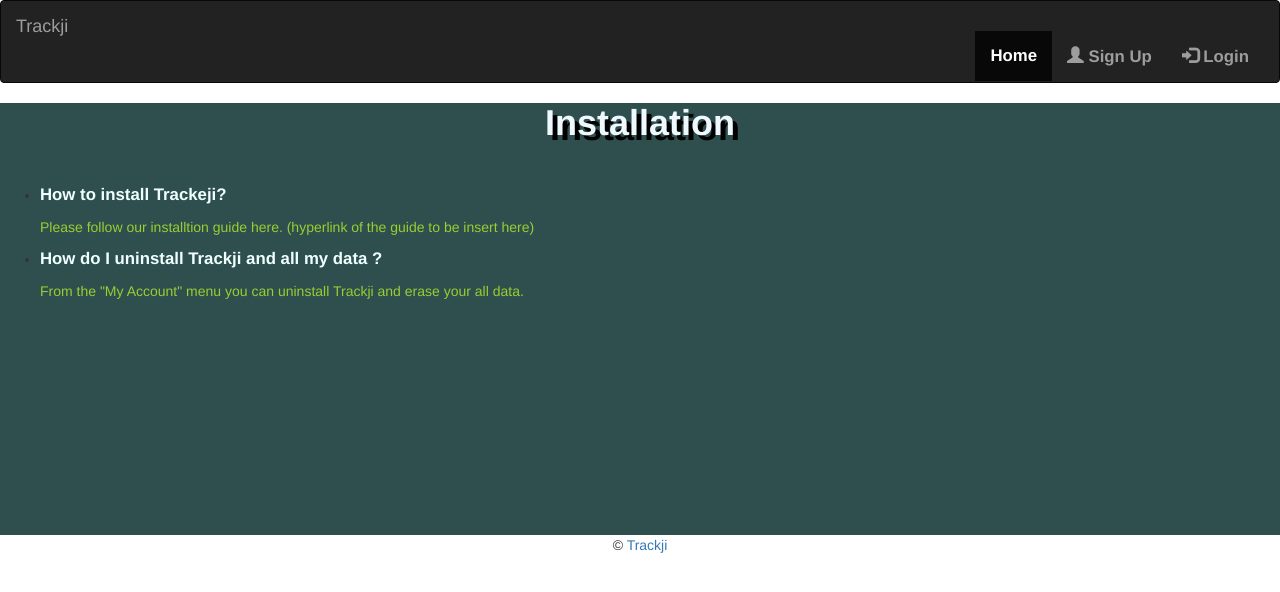
Repository: prathmeshgodbole/Web_Development
Page: Mobile_tracker/Installation.html
The author's editor kept a copy of each file at every save. The page is drawn from the files as they stood at one save, then again after the next save.
The browser window is 1280 px wide. The pictures show the whole page.

Above is the page before, as saved 2020-03-08 18:26:10.

### Mobile_tracker/Installation.html
<!DOCTYPE html>
<html lang="en">



<head>
    <title>Bootstrap Example</title>
    <meta charset="utf-8">
    <meta name="viewport" content="width=device-width, initial-scale=1">
    <link rel="stylesheet" href="https://maxcdn.bootstrapcdn.com/bootstrap/3.4.1/css/bootstrap.min.css">
    <link rel="stylesheet" href="./css/installation.css">
    <script src="https://ajax.googleapis.com/ajax/libs/jquery/3.4.1/jquery.min.js"></script>
    <script src="https://maxcdn.bootstrapcdn.com/bootstrap/3.4.1/js/bootstrap.min.js"></script>
</head>

<body>

    <nav class="navbar navbar-inverse">
        <div class="container-fluid">
            <div class="navbar-header">
                <button type="button" class="navbar-toggle" data-toggle="collapse" data-target="#myNavbar">
        <span class="icon-bar"></span>
        <span class="icon-bar"></span>
        <span class="icon-bar"></span>
      </button>
                <a class="navbar-brand" href="#">Trackji</a>
            </div>
            <div class="collapse navbar-collapse" id="myNavbar">
                <ul class="nav navbar-nav navbar-right">
                    <li class="active"><a href="#">Home</a></li>
                    <li><a href="#"><span class="glyphicon glyphicon-user"></span> Sign Up</a></li>
                    <li><a href="#"><span class="glyphicon glyphicon-log-in"></span> Login</a></li>
                </ul>
            </div>
        </div>
    </nav>

    <div class="section">
        <h1 class="section-title">Installation</h1>

        <ul class="article-list">

            <li class="article-promoted">
                <a href="">How to install Trackeji?</a>
                <p>Please follow our installtion guide here. (hyperlink of the guide to be insert here)</p>
            </li>

            <li class="article-promoted">
                <a href="">How do I uninstall Trackji and all my data ?</a>
                <p>From the "My Account" menu you can uninstall Trackji and erase your all data.</p>
            </li>

        </ul>
    </div>
    <!--/.container-->
    <footer class="footer container">
        <div class="container-inner">
            <p class="copyright">&copy; <a href=>Trackji</a></p>
        </div>
    </footer>



</body>

</html>

### Mobile_tracker/css/installation.css
*body {
    margin: 0%;
    padding: 0%;
}

.section {
    top: -50px;
    background-color: darkslategray;
    height: 60vh;
}

.section h1 {
    color: aliceblue;
    text-shadow: black 5px 5px;
    font-weight: bold;
    text-align: center;
}

ul {
    margin-top: 40px;
}

ul li a {
    color: azure;
    font-weight: bold;
    font-size: larger;
    margin-top: 30px;
}

ul li p {
    color: yellowgreen;
    margin-top: 10px;
}

.footer {
    text-align: center;
}

After the next save:
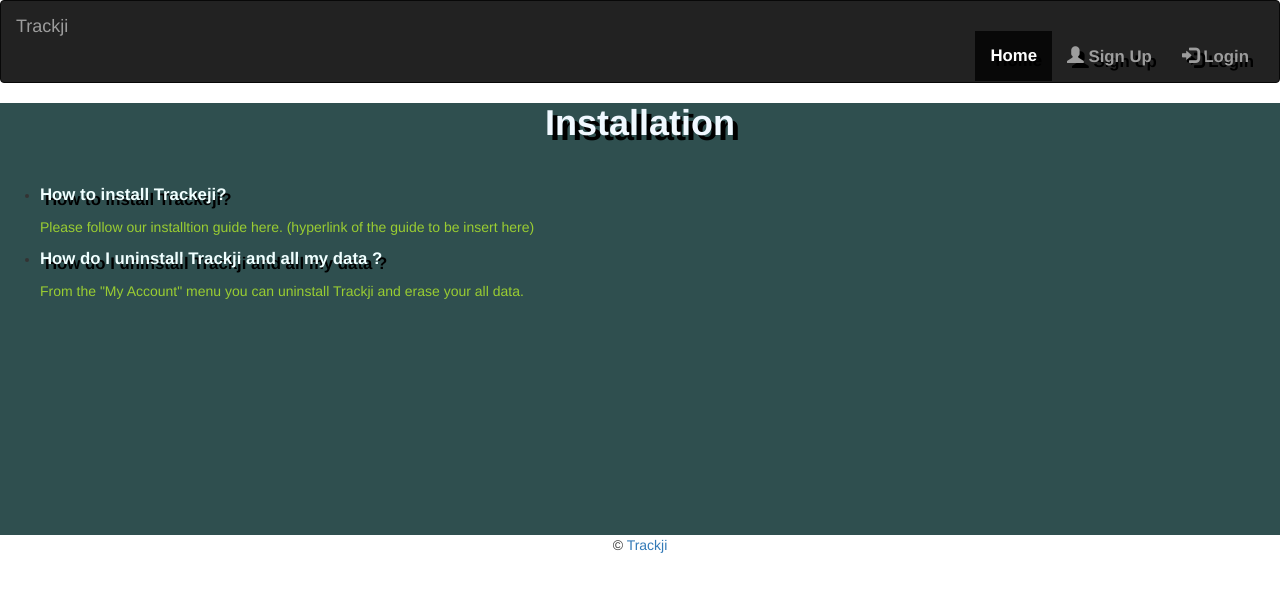
Saved 54 s later.
--- a/Mobile_tracker/css/installation.css
+++ b/Mobile_tracker/css/installation.css
@@ -21,6 +21,7 @@ ul {
 }
 
 ul li a {
+    text-shadow: black 5px 5px;
     color: azure;
     font-weight: bold;
     font-size: larger;
